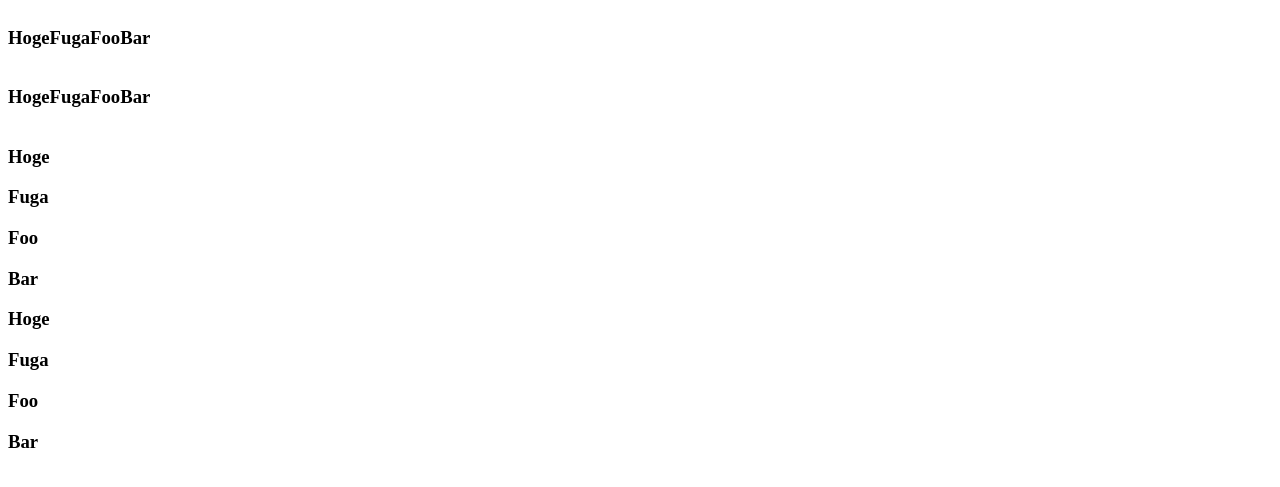
Repository: Ryota-Nonaka/samurai_HTML-CSS
Page: fuga/images/flex-box.1.html
The author's editor kept a record of every edit. The page is drawn from the files as they stood at one moment, then again after the next edit.
The browser window is 1280 px wide. The pictures show the whole page.

Above is the page before.

After the next edit:
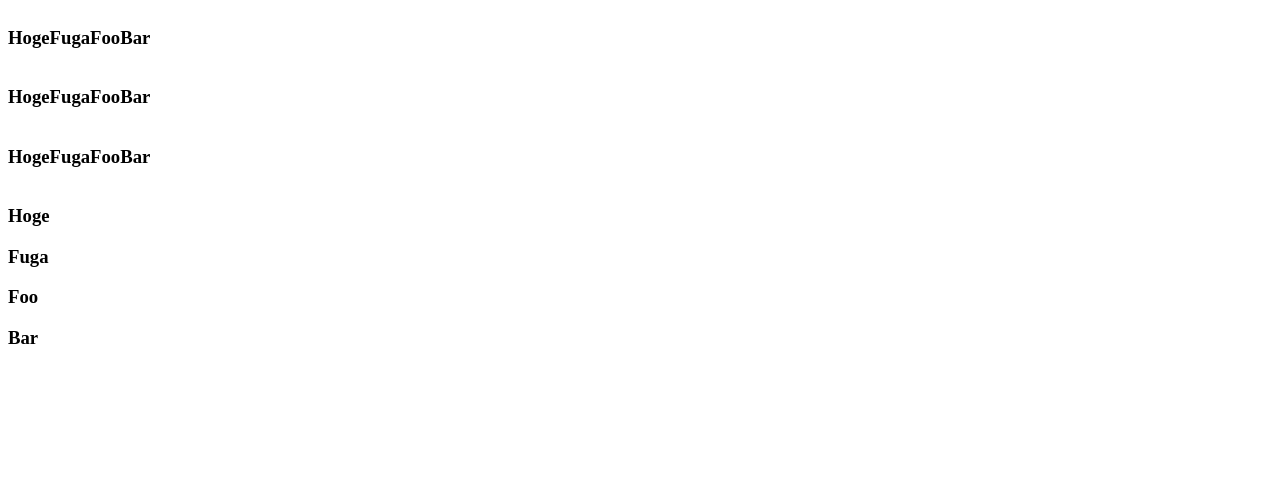
The edit:
--- a/fuga/images/flex-box.1.html
+++ b/fuga/images/flex-box.1.html
@@ -32,7 +32,7 @@
         <h3>Foo</h3>
         <h3>Bar</h3>
     </div>
-    <div id="column">
+    <div id="no-wrap">
         <h3>Hoge</h3>
         <h3>Fuga</h3>
         <h3>Foo</h3>
